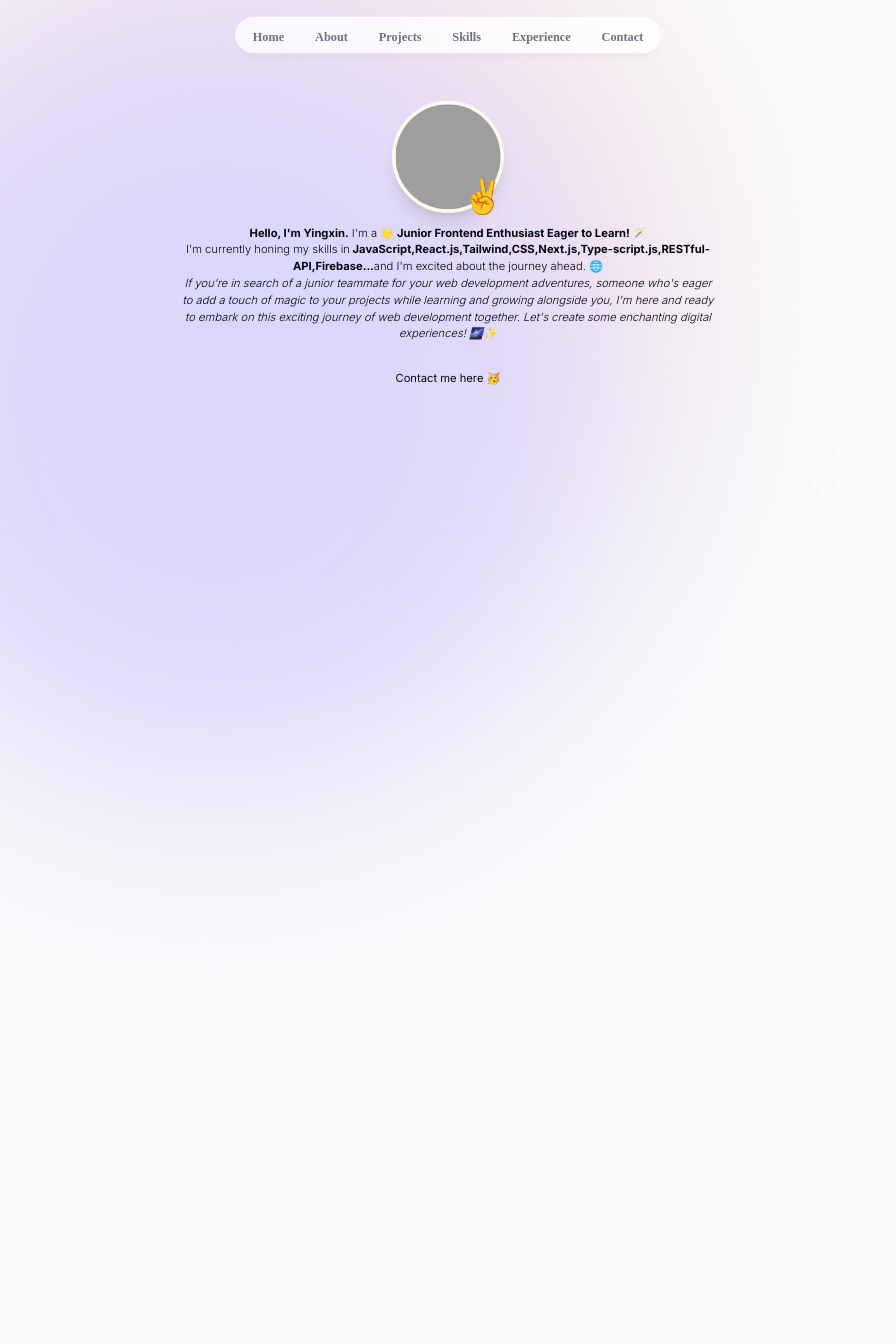
Repository: Tracy-maker/portfolio_website
Page: /
These files come from the project's save history. The page is drawn as it stood at one moment and after a run of saves; the edit follows.
The browser window is 1280 px wide. The pictures show the part of the page from y = 0 to 1920 px (the page is 5000 px tall), at 70% of full size.
Pictures or frames that could not be fetched are drawn as grey boxes. The project was rebuilt for these pictures with package versions that can differ from the ones it lists, and the page was loaded fresh each time. The framework's server and built-in components were replaced by stand-ins that run in the browser. Also part of the build but not shown: next.config.js.

Above is the page before, as saved 2023-10-06 10:58:21.

### app/layout.tsx
import Header from "@/components/header";
import "./globals.css";
import type { Metadata } from "next";
import { Inter } from "next/font/google";

const inter = Inter({ subsets: ["latin"] });

export const metadata: Metadata = {
  title: "Yingxin_Zhang | Portfolio",
  description: "Yingxin_Zhang is a front-end developer",
};

export default function RootLayout({
  children,
}: {
  children: React.ReactNode;
}) {
  return (
    <html lang="en">
      <body
        className={`${inter.className} bg-gray-50 text-gray-950 relative h-[5000px] pt-28 sm:pt-36`}
      >
        <div className="bg-[#fbe2e3] absolute top-[-6rem] -z-10 right-[21rem] h-[56.25rem] w-[31.25rem] rounded-full blur-[10rem] sm:w-[68.75rem]"></div>
        <div className="bg-[#dbd7fb] absolute top-[-1rem] -z-10 left-[-45rem] h-[71.25rem] w-[-30rem] rounded-full blur-[10rem] sm:w-[68.75rem] md:left-[-33rem] lg:left-[-28rem] xl:left-[-15rem] 2xl:left-[-5rem]"></div>
        <Header />
        {children}
      </body>
    </html>
  );
}

### app/page.tsx
import Intro from "@/components/intro";
import Image from "next/image";

export default function Home() {
  return (
    <main className="flex flex-col items-center">
      <Intro />
    </main>
  );
}

### components/header.tsx
"use client";
import { motion } from "framer-motion";
import { links } from "@/lib/data";
import Link from "next/link";


export default function Header() {
  return (
    <header className="z-[999] relative">
      <motion.div
        className="fixed top-0 left-1/2 h-[4.5rem] w-full
        rounded-none border border-white border-opacity-40
        bg-white bg-opacity-80 shadow-lg shadow-black/[0.03]
        backdrop-blur-[0.5rem] sm:top-6 sm:h-[3.25rem] sm:w-[38rem] sm:rounded-full"
        initial={{ y: -100, x: "-50%", opacity: 0 }}
        animate={{ y: 0, x: "-50%", opacity: 1 }}
      ></motion.div>

      <nav className="flex font-custom fixed top-[0.15rem] left-1/2 h-12 -translate-x-1/2 py-2 sm:top-[1.7rem] sm:h-[initial] sm:py-0">
        <ul className="flex w-[22rem] flex-wrap items-center justify-center gap-y-1 text-[1.1rem] font-bold text-gray-500 sm:w-[initial] sm:flex-nowrap sm:gap-5">
          {links.map((link) => (
            <motion.li
              className="h-3/4 flex items-center justify-center relative"
              key={link.hash}
              initial={{ y: -100, opacity: 0 }}
              animate={{ y: 0, opacity: 1 }}
            >
              <Link
                className="flex w-full items-center justify-center px-3 py-3 hover:text-gray-950 transition"
                href={link.hash}
              >
                {link.name}
              </Link>
            </motion.li>
          ))}
        </ul>
      </nav>
    </header>
  );
}

### components/intro.tsx
"use client";

import Image from "next/image";
import React from "react";
import { motion } from "framer-motion";
import Link from "next/link";

export default function Intro() {
  return (
    <section className="mb-28 max-w-[50rem] text-center sm:mb-0 scroll-mt-[100rem]">
      <div className="flex items-center justify-center">
        <div className="relative">
          <motion.div
            initial={{ opacity: 0, scale: 0 }}
            animate={{ opacity: 1, scale: 1 }}
            transition={{
              type: "tween",
              duration: 0.2,
            }}
          >
            <Image
              src="https://i.ibb.co/MRHHtS5/Wechat-IMG7.jpg"
              alt="Personal image"
              width="300"
              height="300"
              quality="90"
              priority={true}
              className="h-40 w-40 rounded-full object-cover border-[0.35rem] border-amber-50 shadow-xl"
            />
          </motion.div>

          <motion.span
            className="absolute bottom-0 right-0 text-5xl"
            initial={{ opacity: 0, scale: 0 }}
            animate={{ opacity: 1, scale: 1 }}
            transition={{
              type: "spring",
              stiffness: 125,
              delay: 0.1,
              duration: 0.7,
            }}
          >
            ✌️
          </motion.span>
        </div>
      </div>
      <motion.h6
        className="mb-10 mt-4 px-4 text-s font-light !leading-[1.5] sm:text-m"
        initial={{ opacity: 0, y: 100 }}
        animate={{ opacity: 1, y: 0 }}
      >
        <span className="font-bold">Hello, I'm Yingxin.</span> I'm a{" "}
        <span className="font-bold">
          🌟 Junior Frontend Enthusiast Eager to Learn! 🪄
        </span>
        <br />
        I'm currently honing my skills in
        <span className="font-bold">
          {" "}
          JavaScript,React.js,Tailwind,CSS,Next.js,Type-script.js,RESTful-API,Firebase...
        </span>
        and I'm excited about the journey ahead. 🌐
        <br />
        <span className="italic">
          If you're in search of a junior teammate for your web development
          adventures, someone who's eager to add a touch of magic to your
          projects while learning and growing alongside you, I'm here and ready
          to embark on this exciting journey of web development together. Let's
          create some enchanting digital experiences! 🌌✨
        </span>
      </motion.h6>

      <div>
        <Link href="#contact">Contact me here 🥳</Link>
      </div>
    </section>
  );
}

### lib/data.ts
import React from "react";
import { CgWorkAlt } from "react-icons/cg";
import { FaReact } from "react-icons/fa";
import { LuGraduationCap } from "react-icons/lu";
import p1Img from "@/public/p1.png";
import p2Img from "@/public/p2.png";
import p3Img from "@/public/p3.png";

export const links = [
  {
    name: "Home",
    hash: "#home",
  },
  {
    name: "About",
    hash: "#about",
  },
  {
    name: "Projects",
    hash: "#projects",
  },
  {
    name: "Skills",
    hash: "#skills",
  },
  {
    name: "Experience",
    hash: "#experience",
  },
  {
    name: "Contact",
    hash: "#contact",
  },
] as const;

export const experiencesData = [
  {
    title: "Graduated bootcamp",
    location: "Miami, FL",
    description:
      "I graduated after 6 months of studying. I immediately found a job as a front-end developer.",
    icon: React.createElement(LuGraduationCap),
    date: "2019",
  },
  {
    title: "Front-End Developer",
    location: "Orlando, FL",
    description:
      "I worked as a front-end developer for 2 years in 1 job and 1 year in another job. I also upskilled to the full stack.",
    icon: React.createElement(CgWorkAlt),
    date: "2019 - 2021",
  },
  {
    title: "Full-Stack Developer",
    location: "Houston, TX",
    description:
      "I'm now a full-stack developer working as a freelancer. My stack includes React, Next.js, TypeScript, Tailwind, Prisma and MongoDB. I'm open to full-time opportunities.",
    icon: React.createElement(FaReact),
    date: "2021 - present",
  },
] as const;

export const projectsData = [
  {
    title: "CorpComment",
    description:
      "I worked as a full-stack developer on this startup project for 2 years. Users can give public feedback to companies.",
    tags: ["React", "Next.js", "MongoDB", "Tailwind", "Prisma"],
    imageUrl: p1Img,
  },
  {
    title: "rmtDev",
    description:
      "Job board for remote developer jobs. I was the front-end developer. It has features like filtering, sorting and pagination.",
    tags: ["React", "TypeScript", "Next.js", "Tailwind", "Redux"],
    imageUrl: p2Img,
  },
  {
    title: "Word Analytics",
    description:
      "A public web app for quick analytics on text. It shows word count, character count and social media post limits.",
    tags: ["React", "Next.js", "SQL", "Tailwind", "Framer"],
    imageUrl: p3Img,
  },
] as const;

export const skillsData = [
  "HTML",
  "CSS",
  "JavaScript",
  "TypeScript",
  "React",
  "Next.js",
  "Git",
  "MUI-material",
  "Tailwind",
  "REST-API",
  "PostgreSQL",
  "Framer Motion",
] as const;

### tailwind.config.ts
import type { Config } from 'tailwindcss'

const config: Config = {
  content: [
    './pages/**/*.{js,ts,jsx,tsx,mdx}',
    './components/**/*.{js,ts,jsx,tsx,mdx}',
    './app/**/*.{js,ts,jsx,tsx,mdx}',
  ],
  theme: {
    extend: {
      backgroundImage: {
        'gradient-radial': 'radial-gradient(var(--tw-gradient-stops))',
        'gradient-conic':
          'conic-gradient(from 180deg at 50% 50%, var(--tw-gradient-stops))',
      },
      fontFamily: {
        custom: ["Gabarito", "cursive"],
      },
    },
  },
  plugins: [],
}
export default config

Loaded but not shown: app/globals.css (common file)

After the next 2 saves:
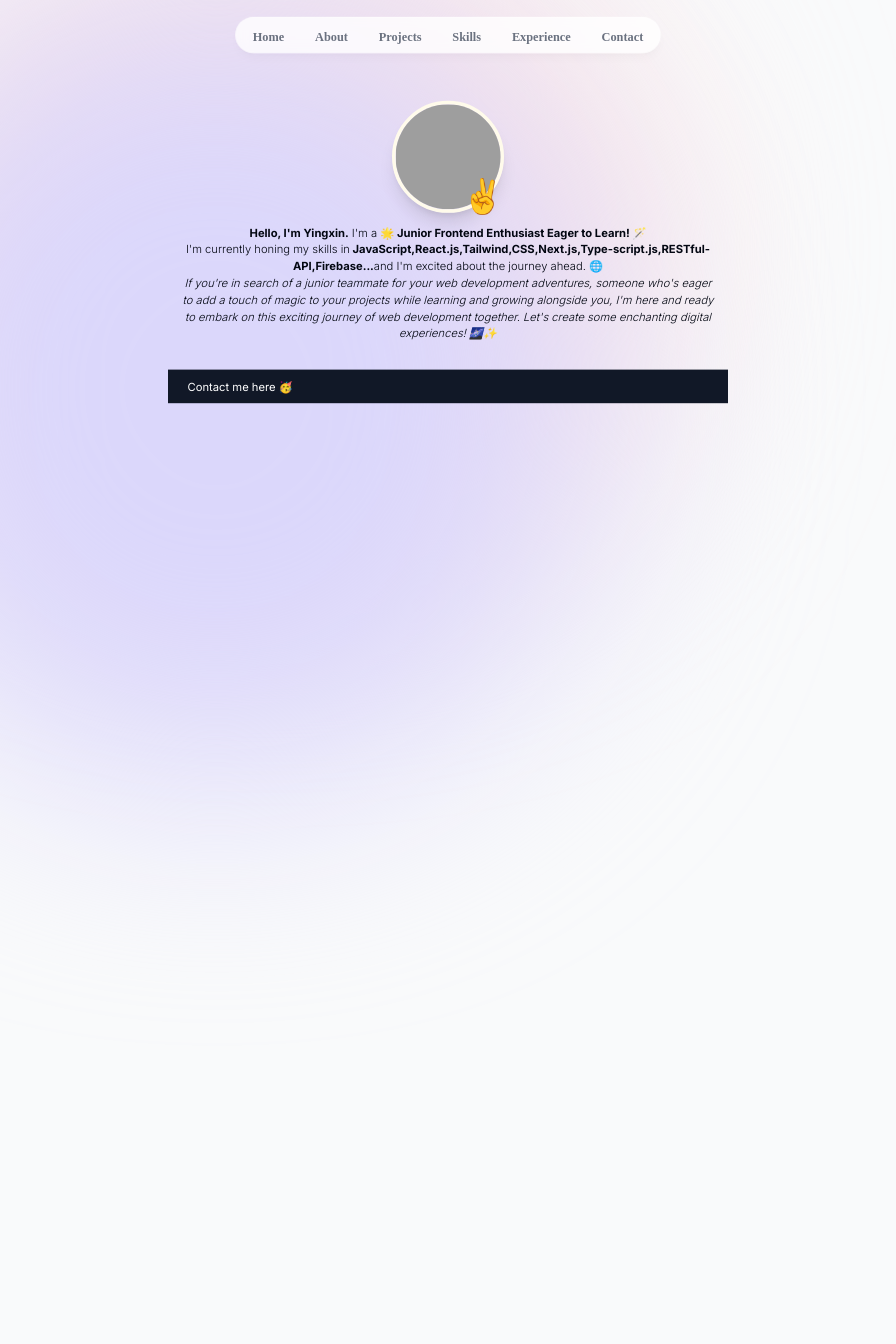
The 2 saves are shown as one change because they came seconds apart.
The last was saved 90 s later.
--- a/components/intro.tsx
+++ b/components/intro.tsx
@@ -71,7 +71,12 @@ export default function Intro() {
       </motion.h6>
 
       <div>
-        <Link href="#contact">Contact me here 🥳</Link>
+        <Link
+          href="#contact"
+          className="bg-gray-900 text-white px-7 py-3 flex items-center gap-2"
+        >
+          Contact me here 🥳
+        </Link>
       </div>
     </section>
   );
